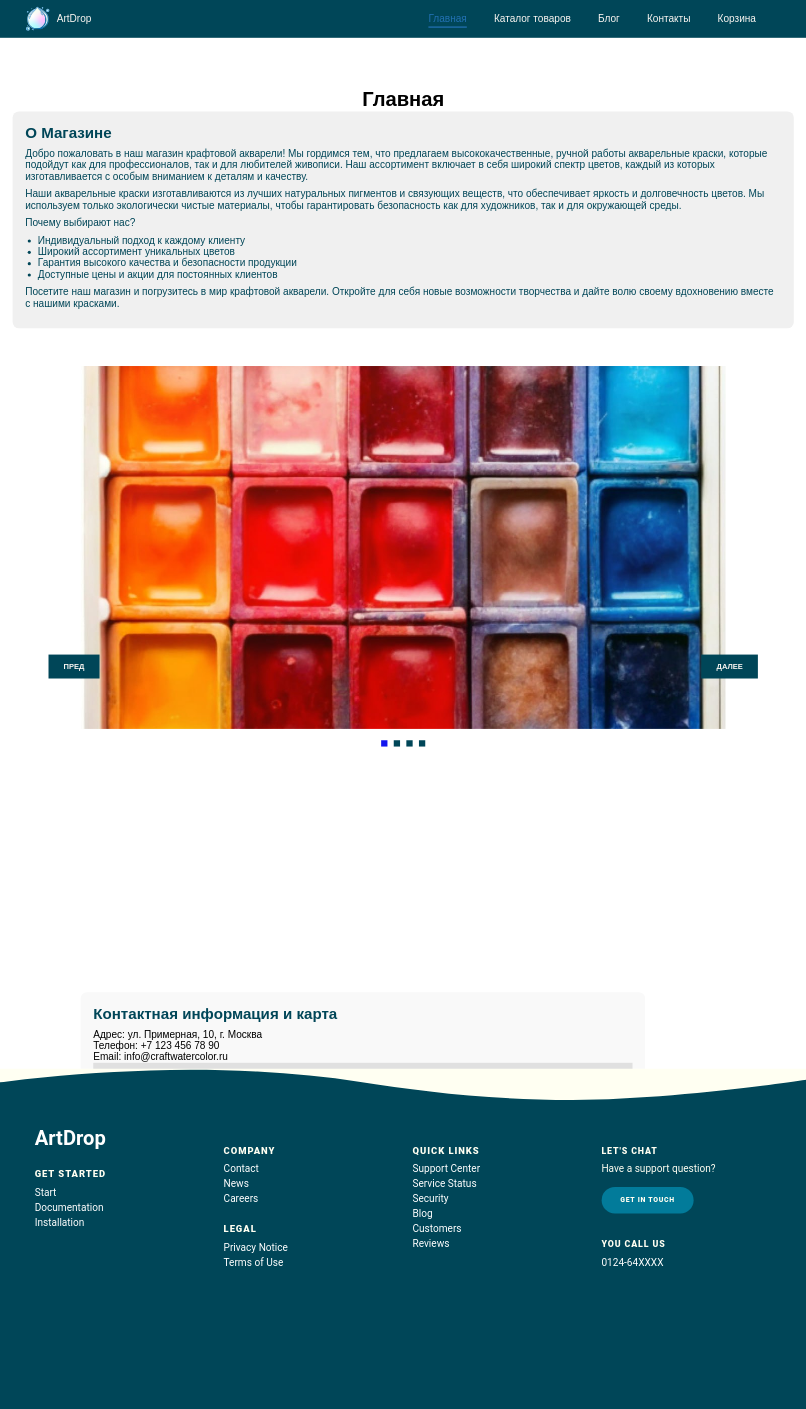
Repository: mnats725/art-drop
Page: index.html
These files come from the project's save history. The page is drawn as it stood at one moment and after the next save; the edit follows.
The browser window is 1280 px wide. The pictures show the whole page, at 63% of full size.

Above is the page before, as saved 2024-05-21 00:23:46.

### index.html
<!DOCTYPE html>
<html lang="en">
<head>
    <meta charset="UTF-8">
    <meta http-equiv="X-UA-Compatible" content="IE=edge">
    <meta name="viewport" content="width=device-width, initial-scale=1.0">
    <title>ArtDrop</title>
    <link rel="stylesheet" href="./css/style.css">
    <link rel="stylesheet" href="./css/content.css">

</head>
<body>
    <div class="wrapper">
        <header class="header">
            <!-- Шапка -->
            <div class="logo">
                <a href="index.html">
                    <img src="./assets/img/logo.svg" alt="ArtDrop Logo">
                    <span>ArtDrop</span>
                </a>
            </div>
            <!-- Меню сайта -->
            <nav class="nav">
                <ul>
                    <li class="active">Главная</li>
                    <li>Каталог товаров</li>
                    <li>Блог</li>
                    <li>Контакты</li>
                    <li>Корзина</li>
                </ul>
            </nav>
            <!-- Иконка бургерменю -->
            <div class="burger">
                <span></span>
            </div>
        </header>
    </div>

    <div class="content">
        <h1 class="content-title">Главная</h1>
        <section class="store-info">
          <h2>О Магазине</h2>
          <p>Добро пожаловать в наш магазин крафтовой акварели! Мы гордимся тем, что предлагаем высококачественные, ручной работы акварельные краски, которые подойдут как для профессионалов, так и для любителей живописи. Наш ассортимент включает в себя широкий спектр цветов, каждый из которых изготавливается с особым вниманием к деталям и качеству.</p>
          <p>Наши акварельные краски изготавливаются из лучших натуральных пигментов и связующих веществ, что обеспечивает яркость и долговечность цветов. Мы используем только экологически чистые материалы, чтобы гарантировать безопасность как для художников, так и для окружающей среды.</p>
          <p>Почему выбирают нас?</p>
          <ul>
              <li>Индивидуальный подход к каждому клиенту</li>
              <li>Широкий ассортимент уникальных цветов</li>
              <li>Гарантия высокого качества и безопасности продукции</li>
              <li>Доступные цены и акции для постоянных клиентов</li>
          </ul>
          <p>Посетите наш магазин и погрузитесь в мир крафтовой акварели. Откройте для себя новые возможности творчества и дайте волю своему вдохновению вместе с нашими красками.</p>
       </section>
        <main class="carousel-container">
            <div class="carousel">
              <div class="item active">
                <img src="./assets/img/colores/photo_1_2024-05-20_20-57-42.jpg" alt="Image 1" />
              </div>
              <div class="item">
                <img src="./assets//img/colores/photo_2_2024-05-20_20-57-42.jpg" alt="Image 2" />
              </div>
              <div class="item">
                <img src="./assets/img/colores/photo_3_2024-05-20_20-57-42.jpg" alt="Image 3" />
              </div>
              <div class="item">
                <img src="./assets/img/colores/photo_4_2024-05-20_20-57-42.jpg" alt="Image 4" />
              </div>
            </div>
            <button class="btn prev">Пред</button>
            <button class="btn next">Далее</button>
            <br>
            <div class="dots"></div>
          </main>

          <section class="contact-info">
            <h2>Контактная информация и карта</h2>
            <p>Адрес: ул. Примерная, 10, г. Москва</p>
            <p>Телефон: +7 123 456 78 90</p>
            <p>Email: info@craftwatercolor.ru</p>
            <div id="map"></div>
        </section>
    </div>

    <div class="pg-footer">
        <footer class="footer">
          <svg class="footer-wave-svg" xmlns="http://www.w3.org/2000/svg" viewBox="0 0 1200 100" preserveAspectRatio="none">
            <path class="footer-wave-path" d="M851.8,100c125,0,288.3-45,348.2-64V0H0v44c3.7-1,7.3-1.9,11-2.9C80.7,22,151.7,10.8,223.5,6.3C276.7,2.9,330,4,383,9.8 c52.2,5.7,103.3,16.2,153.4,32.8C623.9,71.3,726.8,100,851.8,100z"></path>
          </svg>
          <div class="footer-content">
            <div class="footer-content-column">
              <div class="footer-logo">
                <a class="footer-logo-link" href="#">
                  <span class="hidden-link-text">ArtDrop</span>
                  <h1>ArtDrop</h1>
                </a>
              </div>
              <div class="footer-menu">
                <h2 class="footer-menu-name"> Get Started</h2>
                <ul id="menu-get-started" class="footer-menu-list">
                  <li class="menu-item menu-item-type-post_type menu-item-object-product">
                    <a href="#">Start</a>
                  </li>
                  <li class="menu-item menu-item-type-post_type menu-item-object-product">
                    <a href="#">Documentation</a>
                  </li>
                  <li class="menu-item menu-item-type-post_type menu-item-object-product">
                    <a href="#">Installation</a>
                  </li>
                </ul>
              </div>
            </div>
            <div class="footer-content-column">
              <div class="footer-menu">
                <h2 class="footer-menu-name"> Company</h2>
                <ul id="menu-company" class="footer-menu-list">
                  <li class="menu-item menu-item-type-post_type menu-item-object-page">
                    <a href="#">Contact</a>
                  </li>
                  <li class="menu-item menu-item-type-taxonomy menu-item-object-category">
                    <a href="#">News</a>
                  </li>
                  <li class="menu-item menu-item-type-post_type menu-item-object-page">
                    <a href="#">Careers</a>
                  </li>
                </ul>
              </div>
              <div class="footer-menu">
                <h2 class="footer-menu-name"> Legal</h2>
                <ul id="menu-legal" class="footer-menu-list">
                  <li class="menu-item menu-item-type-post_type menu-item-object-page menu-item-privacy-policy menu-item-170434">
                    <a href="#">Privacy Notice</a>
                  </li>
                  <li class="menu-item menu-item-type-post_type menu-item-object-page">
                    <a href="#">Terms of Use</a>
                  </li>
                </ul>
              </div>
            </div>
            <div class="footer-content-column">
              <div class="footer-menu">
                <h2 class="footer-menu-name"> Quick Links</h2>
                <ul id="menu-quick-links" class="footer-menu-list">
                  <li class="menu-item menu-item-type-custom menu-item-object-custom">
                    <a target="_blank" rel="noopener noreferrer" href="#">Support Center</a>
                  </li>
                  <li class="menu-item menu-item-type-custom menu-item-object-custom">
                    <a target="_blank" rel="noopener noreferrer" href="#">Service Status</a>
                  </li>
                  <li class="menu-item menu-item-type-post_type menu-item-object-page">
                    <a href="#">Security</a>
                  </li>
                  <li class="menu-item menu-item-type-post_type menu-item-object-page">
                    <a href="#">Blog</a>
                  </li>
                  <li class="menu-item menu-item-type-post_type_archive menu-item-object-customer">
                    <a href="#">Customers</a></li>
                  <li class="menu-item menu-item-type-post_type menu-item-object-page">
                    <a href="#">Reviews</a>
                  </li>
                </ul>
              </div>
            </div>
            <div class="footer-content-column">
              <div class="footer-call-to-action">
                <h2 class="footer-call-to-action-title"> Let's Chat</h2>
                <p class="footer-call-to-action-description"> Have a support question?</p>
                <a class="footer-call-to-action-button button" href="#" target="_self"> Get in Touch </a>
              </div>
              <div class="footer-call-to-action">
                <h2 class="footer-call-to-action-title"> You Call Us</h2>
                <p class="footer-call-to-action-link-wrapper"> <a class="footer-call-to-action-link" href="tel:0124-64XXXX" target="_self"> 0124-64XXXX </a></p>
              </div>
            </div>
        </footer>
      </div>
    <script>
        document.querySelector('.burger').addEventListener('click', function() {
            this.classList.toggle('active');
            document.querySelector('.nav').classList.toggle('open');
        })
        document.addEventListener("DOMContentLoaded", function () {
  let carousel = document.querySelector(".carousel");
  let items = carousel.querySelectorAll(".item");
  let dotsContainer = document.querySelector(".dots");

  // Insert dots into the DOM
  items.forEach((_, index) => {
    let dot = document.createElement("span");
    dot.classList.add("dot");
    if (index === 0) dot.classList.add("active");
    dot.dataset.index = index;
    dotsContainer.appendChild(dot);
  });

  let dots = document.querySelectorAll(".dot");

  // Function to show a specific item
  function showItem(index) {
    items.forEach((item, idx) => {
      item.classList.remove("active");
      dots[idx].classList.remove("active");
      if (idx === index) {
        item.classList.add("active");
        dots[idx].classList.add("active");
      }
    });
  }

  // Event listeners for buttons
  document.querySelector(".prev").addEventListener("click", () => {
    let index = [...items].findIndex((item) =>
      item.classList.contains("active")
    );
    showItem((index - 1 + items.length) % items.length);
  });

  document.querySelector(".next").addEventListener("click", () => {
    let index = [...items].findIndex((item) =>
      item.classList.contains("active")
    );
    showItem((index + 1) % items.length);
  });

  // Event listeners for dots
  dots.forEach((dot) => {
    dot.addEventListener("click", () => {
      let index = parseInt(dot.dataset.index);
      showItem(index);
    });
  });
});

    </script>
</body>
</html>

### css/content.css
.content {
  padding-top: 80px;
  padding-bottom: 80px;
}

.content-title {
  text-align: center;
}

.store-info {
  background-color: #f0f0f0;
  color: #004658;
  padding: 20px;
  border-radius: 10px;
  margin-bottom: 20px;
  margin-left: 20px;
  margin-right: 20px;
}

.store-info h2 {
  color: #004658;
  margin-bottom: 10px;
}

.store-info p,
.store-info ul {
  margin-bottom: 10px;
}

.store-info ul {
  padding-left: 20px;
}

.store-info ul li {
  list-style-type: disc;
}

.contact-info {
  background-color: #f9f9f9;
  padding: 20px;
  border-radius: 10px;
  margin-left: 10%;
  margin-right: 20%;
  margin: ;
}

.contact-info h2 {
  color: #004658;
  margin-bottom: 10px;
}

#map {
  width: 100%;
  height: 300px;
  background-color: #e0e0e0;
}

.carousel-container {
  padding-top: 40px;
  width: 80%;
  height: 70%;
  margin: auto;
  position: relative;
  display: flex;
  flex-direction: column;
  gap: var(--lx-gap);

  .carousel {
    aspect-ratio: 16/9;
    width: 100%;
    position: relative;
    overflow: hidden;

    .item {
      opacity: 0;
      width: 100%;
      height: 100%;
      display: none;
      transition: opacity 0.5s ease-in-out;

      img {
        width: 100%;
        height: 100%;
        object-fit: cover;
        object-position: center;
      }

      .caption {
        width: 100%;
        padding: var(--lx-space-01);
        position: absolute;
        bottom: 0;
        text-transform: uppercase;
        text-align: center;
        font-size: 12px;
        background-color: rgba(0, 0, 0, 0.5);
      }

      &.active {
        opacity: 1;
        display: block;
      }
    }
  }

  .btn {
    padding: 1em 2em;
    position: absolute;
    transform: translateY(-50%);
    top: 50%;
    outline: none;
    border: none;
    cursor: pointer;
    text-transform: uppercase;
    font-size: 12px;
    font-weight: 900;
    color: #FAF6F2;
    background-color: #004658;
    transition: transform 0.2s ease-in-out;

    &:active,
    &:focus {
      transform: translateY(-50%) scale(0.9);
    }

    &:hover {
      transform: translateY(-50%) scale(0.96);
    }
  }

  .prev {
    left: -5%;
  }

  .next {
    right: -5%;
  }

  .dots {
    display: flex;
    align-items: center;
    justify-content: center;
    gap: 10px;

    .dot {
      cursor: pointer;
      height: 10px;
      width: 10px;
      background-color: #004658;
      transition: background-color 0.2s ease;

      &.active,
      &:hover {
        background-color: #1115ee;
      }
    }
  }
}

Loaded but not shown: css/style.css (457 lines, source omitted)

After the next save:
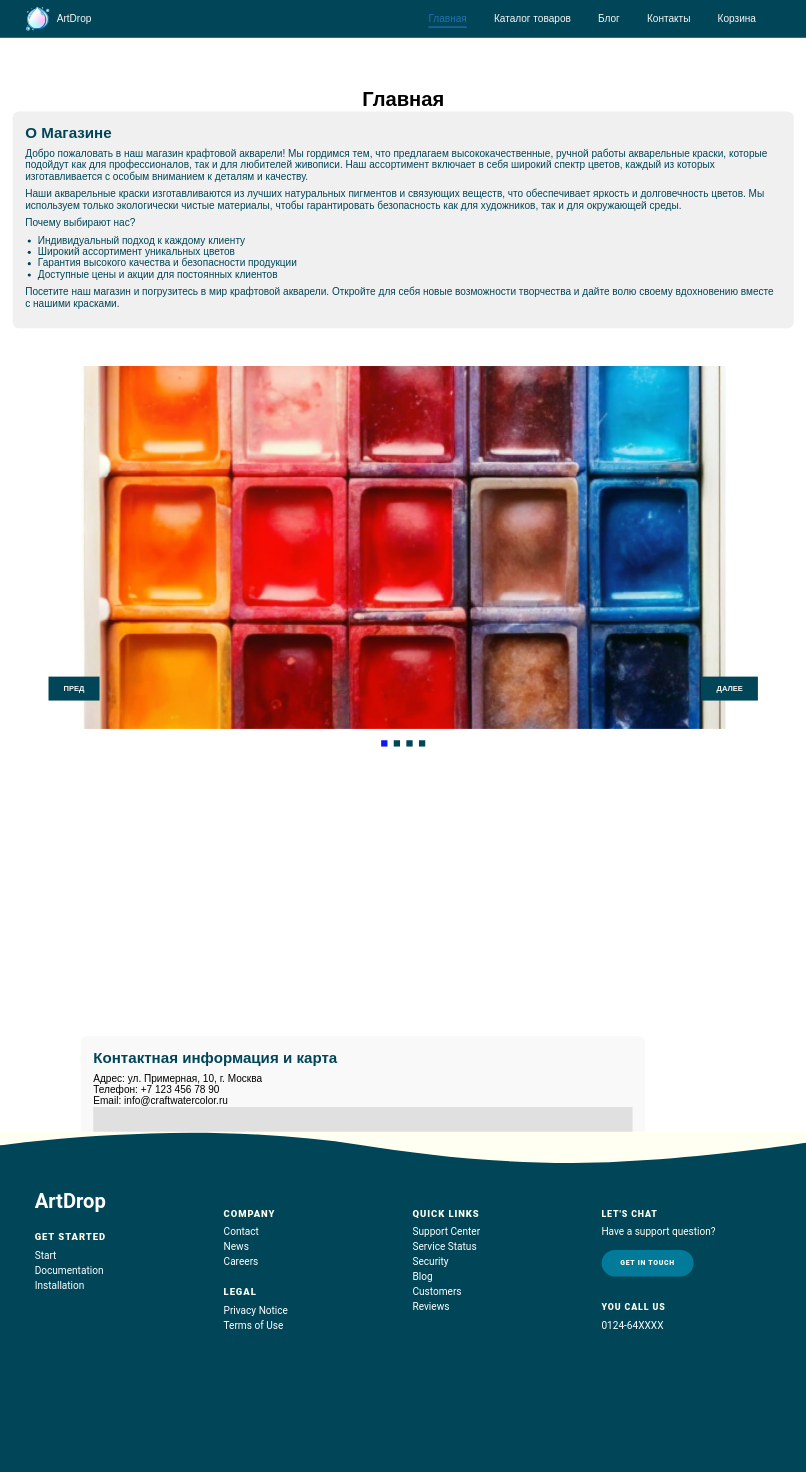
Saved 4 s later.
--- a/css/content.css
+++ b/css/content.css
@@ -41,7 +41,7 @@
   border-radius: 10px;
   margin-left: 10%;
   margin-right: 20%;
-  margin: ;
+  margin-bottom: 100px;
 }
 
 .contact-info h2 {

After the save that followed:
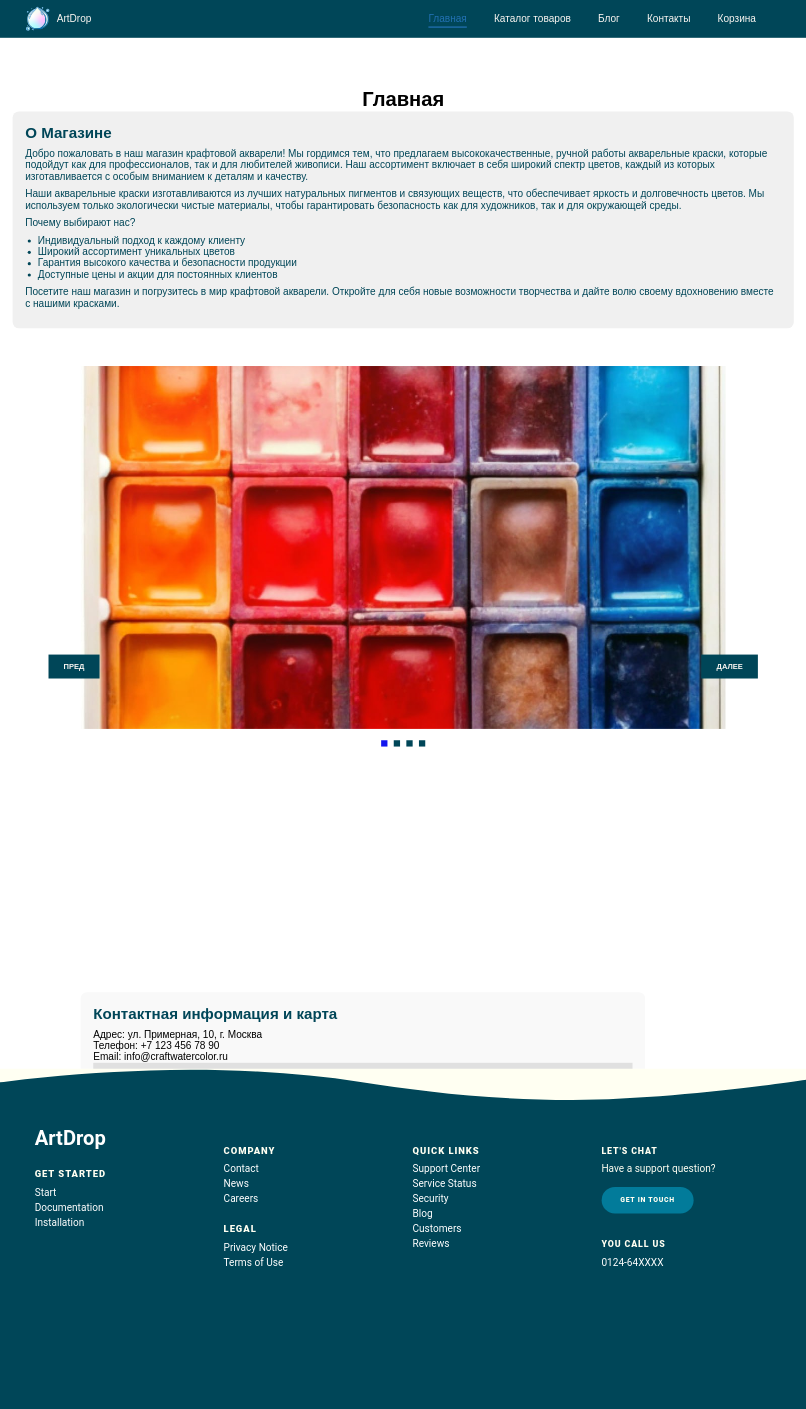
Saved 10 s later.
--- a/css/content.css
+++ b/css/content.css
@@ -41,7 +41,6 @@
   border-radius: 10px;
   margin-left: 10%;
   margin-right: 20%;
-  margin-bottom: 100px;
 }
 
 .contact-info h2 {
